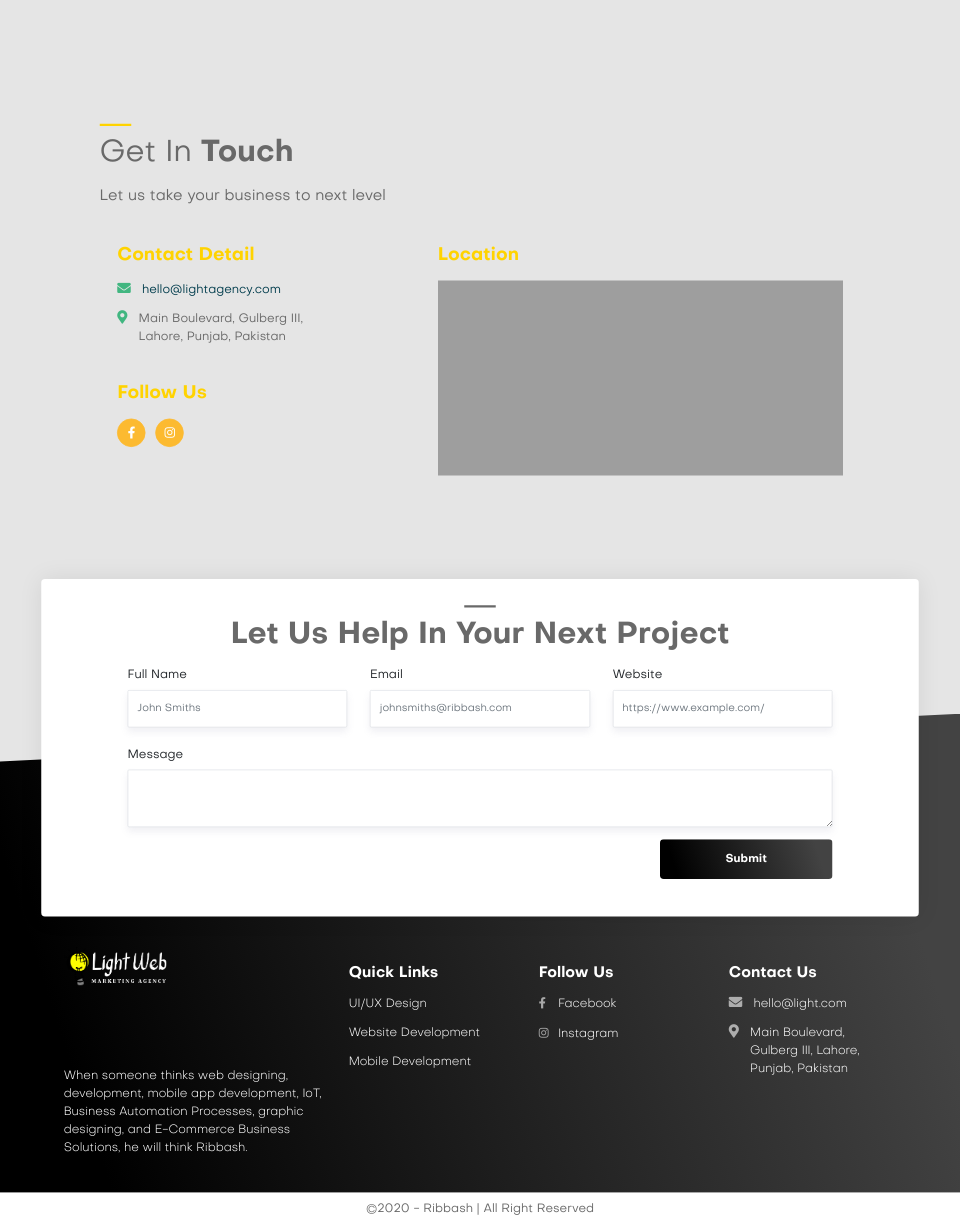
Repository: ahsankalim09/light-Agency
Page: contact-us.html
An editor plug-in stored every save of this project. The page is shown before and after the next save, followed by the edit.
The browser window is 1280 px wide. The pictures show the whole page, at 75% of full size.
Pictures or frames that could not be fetched are drawn as grey boxes.

Above is the page before, as saved 2020-11-07 18:35:42.

### contact-us.html
<!DOCTYPE html>
<html lang="en">

<!-- Mirrored from www.ribbash.com/contact-us.html by HTTrack Website Copier/3.x [XR&CO'2014], Sun, 11 Oct 2020 15:06:15 GMT -->
<head>
	<meta charset="UTF-8">
	<meta name="viewport" content="width=device-width, initial-scale=1.0">
	<title>Contact Us - Ribbash Digital</title>

	<!-- CSS -->
    <link rel="stylesheet" href="css/bootstrap.min.css" media="all" />
    <link rel="stylesheet" href="css/all.min.css" media="all" />
    <link rel="stylesheet" href="css/owl.carousel.min.css" media="all" />
	<link rel="stylesheet" href="css/owl.theme.default.min.css" media="all" />
	<link rel="stylesheet" href="css/animate.min.css" media="all" />

	<link rel="stylesheet" href="css/el_style.css">

    <link rel="stylesheet" href="css/style.css" media="all" />
    <link rel="stylesheet" href="css/colors.css" media="all" />
	<link rel="stylesheet" href="css/responsive.css" media="all" />

	<link rel="icon" href="img/favicon.svg" type="image/svg+xml" sizes="any" />

	<script src="../www.google.com/recaptcha/api.js" async defer></script>

	<!-- Global site tag (gtag.js) - Google Analytics -->
    <script async src="https://www.googletagmanager.com/gtag/js?id=UA-175567433-1"></script>
    <script>
      window.dataLayer = window.dataLayer || [];
      function gtag(){dataLayer.push(arguments);}
      gtag('js', new Date());

      gtag('config', 'UA-175567433-1');
    </script>

</head>

<body>
	<div class="rd-wrap">

		<!--Header Section Start-->
		<header class="rd-header fixed-top rd-header-white">
			<div class="container">
				<nav class="navbar navbar-expand-lg navbar-light px-0 rd-navbar">
					<a class="navbar-brand rd-logo py-0" href="index-2.html">
						<img src="img/logo-black.svg" alt="logo" />
					</a>
					<button class="navbar-toggler" type="button" data-toggle="collapse" data-target="#defaultNavbar1" aria-controls="defaultNavbar1" aria-expanded="false" aria-label="Toggle navigation">
						<span class="navbar-toggler-icon"></span>
					</button>

					<div class="collapse navbar-collapse" id="defaultNavbar1">
						<ul class="navbar-nav ml-auto rd-navmenu">
							<li class="nav-item active">
								<a class="nav-link pl-3 pr-3" href="index-2.html">Home <span class="sr-only">(current)</span></a>
							</li>
							<li class="nav-item dropdown">
								<a class="nav-link dropdown-toggle pl-3 pr-3" href="#" id="ourWorkDropdown" role="button" data-toggle="dropdown" aria-haspopup="true" aria-expanded="false">Our Work</a>
								<div class="dropdown-menu rd-dropdown-work" aria-labelledby="ourWorkDropdown">
									<div class="container">
										<div class="row row-cols-1 row-cols-lg-6 align-items-center justify-content-sm-center">
											<div class="col">
												<a class="dropdown-item" href="nomad.html" data-toggle="tooltip" data-placement="bottom" title="Nomad">
													<img src="img/Nomad.svg" alt="Nomad" />
													<span>Nomad</span>
												</a>
											</div>
											<div class="col">
												<a class="dropdown-item" href="onshore.html" data-toggle="tooltip" data-placement="bottom" title="Onshore Momentum">
													<img src="img/Onshore-Momentum.svg" alt="Onshore" />
													<span>Onshore Momentum</span>
												</a>
											</div>
											<div class="col">
												<a class="dropdown-item" href="one-gift.html" data-toggle="tooltip" data-placement="bottom" title="OneGift">
													<img src="img/OneGift.svg" alt="OneGift" />
													<span>OneGift</span>
												</a>
											</div>
											<div class="col">
												<a class="dropdown-item" href="no-bs-dashboard.html" data-toggle="tooltip" data-placement="bottom" title="NO-BS Dashboard">
													<img src="img/NO-BS.svg" alt="NO-BS Dashboard" />
													<span>NO-BS Dashboard</span>
												</a>
											</div>
											<div class="col">
												<a class="dropdown-item" href="yor-hero.html" data-toggle="tooltip" data-placement="bottom" title="YOR Hero">
													<img src="img/YorHero.svg" alt="YOR Hero" />
													<span>YOR Hero</span>
												</a>
											</div>
										</div>
									</div>
								</div>
							</li>
							<li class="nav-item dropdown">
								<a class="nav-link dropdown-toggle pl-3 pr-3" href="#" id="servicesDropdown" role="button" data-toggle="dropdown" aria-haspopup="true" aria-expanded="false">Services</a>
								<div class="dropdown-menu rd-dropdown-services" aria-labelledby="servicesDropdown">
									<div class="container">
										<div class="row row-cols-1 row-cols-lg-3">
											<div class="col">
												<a class="dropdown-item" href="ui-ux.html">
													<img src="img/ui-ux-icon.svg" alt="ui-ux-icon" />
													<span>UI/UX Design</span>
												</a>
											</div>
											<div class="col">
												<a class="dropdown-item" href="web-development.html">
													<img src="img/web-development-icon.svg" alt="web-developer-icon" />
													<span>Web Development</span>
												</a>
											</div>
											<div class="col">
												<a class="dropdown-item" href="mobile-development.html">
													<img src="img/mobile-development-icon.svg" alt="mobile-developer-icon" />
													<span>Mobile Development</span>
												</a>
											</div>
										</div>
									</div>
								</div>
							</li>
							<!-- <li class="nav-item"><a class="nav-link pl-3 pr-3" href="#">Jobs</a></li> -->
							<li class="nav-item"><a class="nav-link pl-3 pr-3" href="about-us.html">About Us</a></li>
							<li class="nav-item px-3 px-lg-0"><a class="btn btn-light rd-button rd-button-green rd-button-effect1" href="contact-us.html">Contact Us</a></li>
						</ul>
					</div>
				</nav>
			</div>
		</header>
		<!--Header Section End-->

		<!--Get In Touch Section Start-->
		<section class="rd-pt-180 rd-pb-65">
			<div class="container">
				<div class="row justify-content-md-center">
					<div class="col-12 col-lg-11">
						<div class="rd-infobox rd-text-dark mb-5 wow fadeInUp">
							<h2 class="rd-title rd-title-strip rd-title-strip-green mb-3">
								<span class="font-weight-normal">Get in</span>
								<span class="font-weight-bold">touch</span>
							</h2>
							<p class="rd-text">Let us take your business to next level</p>
						</div>
					</div>
				</div>
				<div class="row justify-content-md-around">
					<div class="col-12 col-md-5 col-lg-4 col-xl-3 wow fadeInLeft">
						<div class="rd-contact-detail-wrap mb-5 mb-md-0">
							<div class="rd-contact-detail mb-5">
								<h2 class="rd-mini-title rd-text-green mb-3">
									<span class="font-weight-bold">Contact Detail</span>
								</h2>
								<ul class="rd-contact-info list-inline rd-text-dark mb-0">
									<li>
										<i class="fas fa-envelope"></i>
										<a href="mailto:hello@ribbash.com">hello@lightagency.com</a>
									</li>
									<!-- <li>
										<i class="fas fa-phone-alt"></i>
										<a href="#">+92 3xx xxxxxxx</a>
									</li> -->
									<li>
										<i class="fas fa-map-marker-alt"></i>
										<span>Main Boulevard, Gulberg III, Lahore, Punjab, Pakistan</span>
									</li>
								</ul>
							</div>
							<div class="rd-social-links">
								<h2 class="rd-mini-title rd-text-green mb-3">
									<span class="font-weight-bold">Follow us</span>
								</h2>
								<ul class="rd-social-links list-inline mb-0">
									<li class="list-inline-item">
										<a href="http://facebook.com/ribbashdigital" target="_blank"><i class="fab fa-facebook-f"></i></a>
									</li>
									<li class="list-inline-item">
										<a href="http://instagram.com/ribbashdigital" target="_blank"><i class="fab fa-instagram"></i></a>
									</li>
								</ul>
							</div>
						</div>
					</div>
					<div class="col-12 col-md-6 wow fadeInRight">
						<div class="rd-location">
							<h2 class="rd-mini-title rd-text-green mb-3">
								<span class="font-weight-bold">Location</span>
							</h2>
							<div class="rd-map">
								<iframe src="https://www.google.com/maps/embed?pb=!1m18!1m12!1m3!1d27213.593394060907!2d74.32574853281356!3d31.504951607962795!2m3!1f0!2f0!3f0!3m2!1i1024!2i768!4f13.1!3m3!1m2!1s0x3919045a28ff1d39%3A0xf71e739b84b3c3c!2sGulberg%20III%2C%20Lahore%2C%20Punjab%2C%20Pakistan!5e0!3m2!1sen!2s!4v1593698321407!5m2!1sen!2s" width="100%" height="260" frameborder="0" style="border:0;" allowfullscreen="" aria-hidden="false" tabindex="0"></iframe>
							</div>
						</div>
					</div>
				</div>
			</div>
		</section>
		<!--Get In Touch Section End-->

		<!--Contact Form Section Start-->
        <section class="rd-contact-form-section rd-pt-65">
            <div class="container-fluid">
                <div class="rd-contact-form-box rd-container-1170 wow pulse">
                    <div class="rd-infobox text-center">
                        <h2 class="rd-title rd-title-strip rd-title-strip-dark rd-title-strip-center rd-text-dark mb-3">
                            <span class="font-weight-bold">Let Us Help In Your Next Project</span>
                        </h2>
                    </div>
                    <form class="rd-contact-form" action="https://www.ribbash.com/includes/contact-form-handler.php" method="post">
                        <div class="row">
                            <div class="form-group col-md-4 mb-4">
                                <label for="full-name">Full Name</label>
                                <input type="text" name="full-name" id="full-name" class="form-control" placeholder="John Smiths">
                            </div>
                            <div class="form-group col-md-4 mb-4">
                                <label for="email">Email</label>
                                <input type="email" name="email" id="email" class="form-control" placeholder="johnsmiths@ribbash.com" required>
                            </div>
                            <div class="form-group col-md-4 mb-4">
                                <label for="website">Website</label>
                                <input type="text" name="website" id="website" class="form-control" placeholder="https://www.example.com/">
                            </div>
                        </div>
                        <div class="form-group">
                            <label for="message">Message</label>
                            <textarea class="form-control" name="message" id="message" rows="3" required></textarea>
                        </div>
                        <div class="d-sm-flex justify-content-sm-end align-items-sm-end text-center">
                            <div class="g-recaptcha" data-sitekey="6LfEOMMZAAAAAFNCLAlcVjky3u9YUYHCsePmSyY_"></div>
                            <button class="btn btn-light rd-button rd-gradient-bg-orient-blue rd-button-effect1 mt-4 mt-sm-0 ml-sm-3" type="submit">Submit</button>
                        </div>
                    </form>
                </div>
            </div>
        </section>
        <!--Contact Form Section End-->

		<!--Footer Section Start-->
		<footer class="rd-footer">
			<div class="rd-footer-top rd-gradient-bg-orient-blue pb-5 rd-clip-bg-top-left font-weight-light">
				<div class="container">
					<div class="row d-none">
						<div class="col">
							<div class="rd-infobox text-center">
								<h2 class="rd-title rd-title-strip rd-title-strip-center text-white mb-3">
									<span class="font-weight-bold">Company News</span>
								</h2>
							</div>
							<!--Owl-Carousel Start-->
							<div class="owl-carousel owl-theme rd-blog-carousel">
								<div class="card rd-blog-item border-0">
									<figure class="rd-blog-img mb-0">
										<img src="img/mask-group--14.jpg" srcset="img/mask-group--14@2x.jpg 2x, img/mask-group--14@3x.jpg 3x" alt="">
									</figure>
									<div class="card-body d-flex flex-column rd-blog-content">
										<h4 class="rd-blog-title">
											<a href="#">Lorem Ipsum is simply dummy text of the printing</a>
										</h4>
										<div class="rd-blog-metadata mt-auto">
											<span class="rd-blog-published"><i class="far fa-calendar-alt"></i>2 Days Ago</span>
											<span class="rd-blog-time"><i class="far fa-clock"></i>2 mint</span>
										</div>
									</div>
								</div>
								<div class="card rd-blog-item border-0">
									<figure class="rd-blog-img mb-0">
										<img src="img/mask-group--11.jpg" srcset="img/mask-group--11@2x.jpg 2x, img/mask-group--11@3x.jpg 3x" alt="">
									</figure>
									<div class="card-body d-flex flex-column rd-blog-content">
										<h4 class="rd-blog-title">
											<a href="#">Porem Ipsum is simply dummy of the printing and typesetting.</a>
										</h4>
										<div class="rd-blog-metadata mt-auto">
											<span class="rd-blog-published"><i class="far fa-calendar-alt"></i>2 Days Ago</span>
											<span class="rd-blog-time"><i class="far fa-clock"></i>2 mint</span>
										</div>
									</div>
								</div>
								<div class="card rd-blog-item border-0">
									<figure class="rd-blog-img mb-0">
										<img src="img/people-inside-room-3184657.jpg" srcset="img/people-inside-room-3184657@2x.jpg 2x, img/people-inside-room-3184657@3x.jpg 3x" alt="">
									</figure>
									<div class="card-body d-flex flex-column rd-blog-content">
										<h4 class="rd-blog-title">
											<a href="#">Horem Ipsum has been the industrys standard dummy text ever since.</a>
										</h4>
										<div class="rd-blog-metadata mt-auto">
											<span class="rd-blog-published"><i class="far fa-calendar-alt"></i>2 Days Ago</span>
											<span class="rd-blog-time"><i class="far fa-clock"></i>2 mint</span>
										</div>
									</div>
								</div>
								<div class="card rd-blog-item border-0">
									<figure class="rd-blog-img mb-0">
										<img src="img/mask-group--11.jpg" srcset="img/mask-group--11@2x.jpg 2x, img/mask-group--11@3x.jpg 3x" alt="">
									</figure>
									<div class="card-body d-flex flex-column rd-blog-content">
										<h4 class="rd-blog-title">
											<a href="#">Porem Ipsum is simply dummy of the printing and typesetting.</a>
										</h4>
										<div class="rd-blog-metadata mt-auto">
											<span class="rd-blog-published"><i class="far fa-calendar-alt"></i>2 Days Ago</span>
											<span class="rd-blog-time"><i class="far fa-clock"></i>2 mint</span>
										</div>
									</div>
								</div>
							</div>
							<!--Owl-Carousel End-->
						</div>
					</div>
					<span class="rd-divider w-100 mt-5 mb-5 d-none"></span>
					<div class="row text-white">
						<div class="col-12 col-md-4">
							<div class="rd-footer-intro">
								<a class="rd-footer-logo d-inline-block mb-4" href="index-2.html">
									<img src="assests/icon/logo-white (1).svg" alt="logo" />
								</a>
								<p class="mb-0">When someone thinks web designing, development, mobile app development, IoT, Business Automation Processes, graphic designing, and E-Commerce Business Solutions, he will think Ribbash.</p>
							</div>
						</div>
						<div class="col-12 col-md-8">
							<div class="row">
								<div class="col-12 col-md-4">
										<h4 class="rd-sub-title mt-4 mb-3">Quick Links</h4>
										<ul class="rd-footer-list rd-quick-links list-inline mb-0">
											<li><a href="ui-ux.html">UI/UX Design</a></li>
											<li><a href="web-development.html">Website Development</a></li>
											<li><a href="mobile-development.html">Mobile Development</a></li>
										</ul>
								</div>
								<div class="col-12 col-md-4">
									<div class="rd-footer-links-wrap">
										<h4 class="rd-sub-title mt-4 mb-3">Follow Us</h4>
										<ul class="rd-footer-list rd-social-links-vr list-inline mb-0">
											<li>
												<i class="fab fa-facebook-f"></i>
												<a  target="_blank">Facebook</a>
											</li>
											<li>
												<i class="fab fa-instagram"></i>
												<a  target="_blank">Instagram</a>
											</li>
										</ul>
									</div>
								</div>
								<div class="col-12 col-md-4">
									<div class="rd-footer-links-wrap">
										<h4 class="rd-sub-title mt-4 mb-3">Contact Us</h4>
										<ul class="rd-footer-list rd-contact-info list-inline mb-0">
											<li>
												<i class="fas fa-envelope"></i>
												<a href="mailto:hello@ribbash.com">hello@light.com</a>
											</li>
											<li class="d-flex align-items-baseline">
												<i class="fas fa-map-marker-alt"></i>
												<span>Main Boulevard, Gulberg III, Lahore, Punjab, Pakistan</span>
											</li>
										</ul>
									</div>
								</div>
							</div>
						</div>
					</div>
				</div>
			</div>
			<div class="rd-copyright-footer rd-text-dark">
				<div class="container">
					<div class="row">
						<div class="col-12 text-center">
							<p class="rd-sub-text mb-0 font-weight-normal">©2020 - Ribbash | All Right Reserved</p>
						</div>
					</div>
				</div>
			</div>
		</footer>
		<!--Footer End-->

	</div>


    <!-- jQuery library -->
	<script src="js/jquery-3.4.1.min.js"></script>
	<script src="js/bootstrap.bundle.min.js"></script>
	<script src="js/owl.carousel.min.js"></script>
	<script src="js/wow.min.js"></script>

	<script src="js/bodymovin.js"></script>
	<script src="js/home_index.js"></script>
	<script src="js/jquery.parallax-scroll.js"></script>

	<script src="js/custom-script.js"></script>

</body>

<!-- Mirrored from www.ribbash.com/contact-us.html by HTTrack Website Copier/3.x [XR&CO'2014], Sun, 11 Oct 2020 15:06:15 GMT -->
</html>

Loaded but not shown: css/bootstrap.min.css (library); css/all.min.css (library); css/owl.carousel.min.css (library); css/owl.theme.default.min.css (common file); css/animate.min.css (library); js/jquery-3.4.1.min.js (library); js/bootstrap.bundle.min.js (library); js/owl.carousel.min.js (library); js/wow.min.js (library); js/bodymovin.js (library); js/jquery.parallax-scroll.js (library); js/home_index.js (217 lines, source omitted); js/custom-script.js (229 lines, source omitted); css/el_style.css (1482 lines, source omitted); css/style.css (1903 lines, source omitted); css/responsive.css (539 lines, source omitted); css/colors.css (150 lines, source omitted)

After the next save:
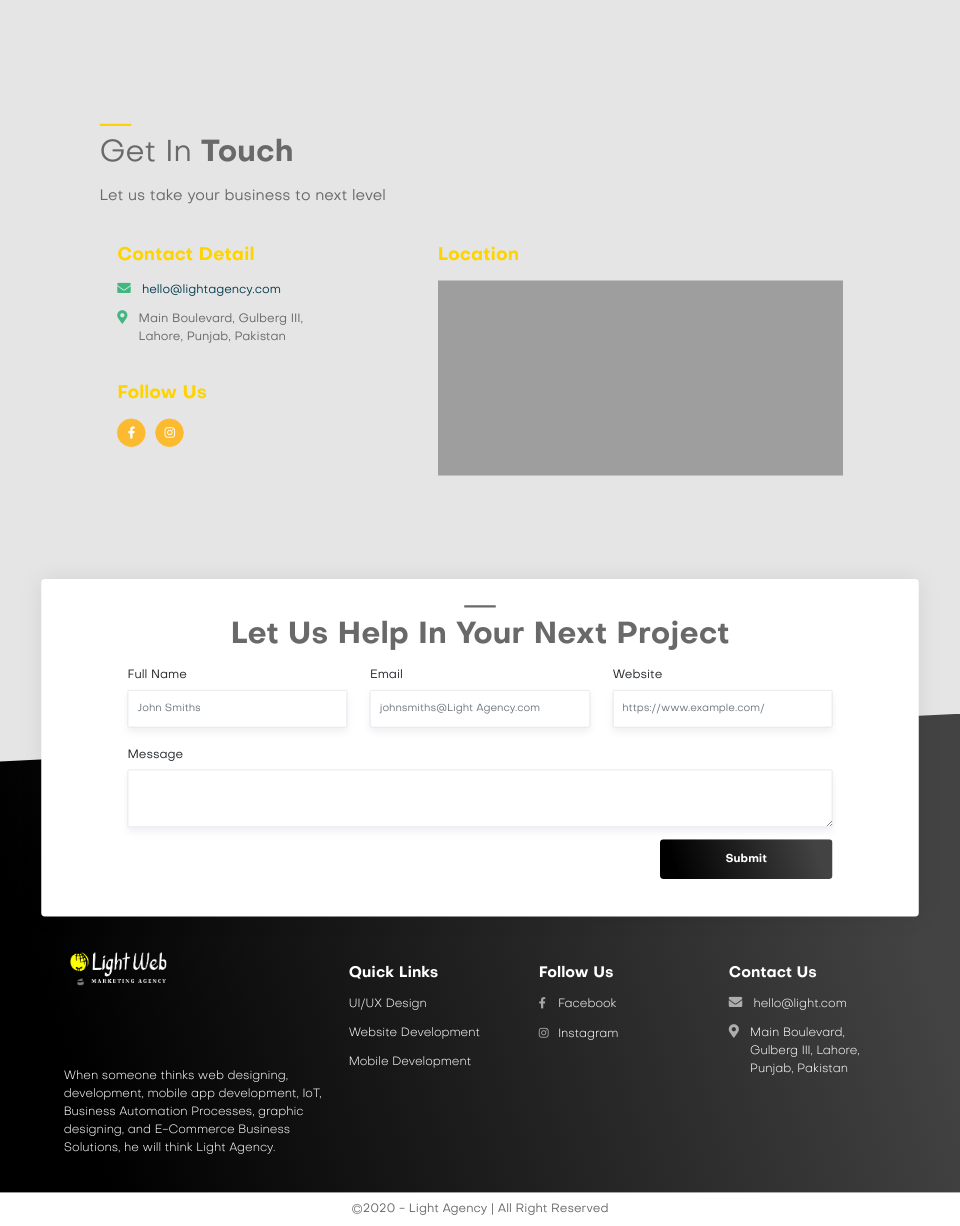
Saved 56 s later.
--- a/contact-us.html
+++ b/contact-us.html
@@ -1,11 +1,11 @@
 <!DOCTYPE html>
 <html lang="en">
 
-<!-- Mirrored from www.ribbash.com/contact-us.html by HTTrack Website Copier/3.x [XR&CO'2014], Sun, 11 Oct 2020 15:06:15 GMT -->
+<!-- Mirrored from www.Light Agency.com/contact-us.html by HTTrack Website Copier/3.x [XR&CO'2014], Sun, 11 Oct 2020 15:06:15 GMT -->
 <head>
 	<meta charset="UTF-8">
 	<meta name="viewport" content="width=device-width, initial-scale=1.0">
-	<title>Contact Us - Ribbash Digital</title>
+	<title>Contact Us - Light Agency Digital</title>
 
 	<!-- CSS -->
     <link rel="stylesheet" href="css/bootstrap.min.css" media="all" />
@@ -155,7 +155,7 @@
 								<ul class="rd-contact-info list-inline rd-text-dark mb-0">
 									<li>
 										<i class="fas fa-envelope"></i>
-										<a href="mailto:hello@ribbash.com">hello@lightagency.com</a>
+										<a href="mailto:hello@Light Agency.com">hello@lightagency.com</a>
 									</li>
 									<!-- <li>
 										<i class="fas fa-phone-alt"></i>
@@ -173,10 +173,10 @@
 								</h2>
 								<ul class="rd-social-links list-inline mb-0">
 									<li class="list-inline-item">
-										<a href="http://facebook.com/ribbashdigital" target="_blank"><i class="fab fa-facebook-f"></i></a>
+										<a href="http://facebook.com/Light Agencydigital" target="_blank"><i class="fab fa-facebook-f"></i></a>
 									</li>
 									<li class="list-inline-item">
-										<a href="http://instagram.com/ribbashdigital" target="_blank"><i class="fab fa-instagram"></i></a>
+										<a href="http://instagram.com/Light Agencydigital" target="_blank"><i class="fab fa-instagram"></i></a>
 									</li>
 								</ul>
 							</div>
@@ -206,7 +206,7 @@
                             <span class="font-weight-bold">Let Us Help In Your Next Project</span>
                         </h2>
                     </div>
-                    <form class="rd-contact-form" action="https://www.ribbash.com/includes/contact-form-handler.php" method="post">
+                    <form class="rd-contact-form" action="https://www.Light Agency.com/includes/contact-form-handler.php" method="post">
                         <div class="row">
                             <div class="form-group col-md-4 mb-4">
                                 <label for="full-name">Full Name</label>
@@ -214,7 +214,7 @@
                             </div>
                             <div class="form-group col-md-4 mb-4">
                                 <label for="email">Email</label>
-                                <input type="email" name="email" id="email" class="form-control" placeholder="johnsmiths@ribbash.com" required>
+                                <input type="email" name="email" id="email" class="form-control" placeholder="johnsmiths@Light Agency.com" required>
                             </div>
                             <div class="form-group col-md-4 mb-4">
                                 <label for="website">Website</label>
@@ -315,7 +315,7 @@
 								<a class="rd-footer-logo d-inline-block mb-4" href="index-2.html">
 									<img src="assests/icon/logo-white (1).svg" alt="logo" />
 								</a>
-								<p class="mb-0">When someone thinks web designing, development, mobile app development, IoT, Business Automation Processes, graphic designing, and E-Commerce Business Solutions, he will think Ribbash.</p>
+								<p class="mb-0">When someone thinks web designing, development, mobile app development, IoT, Business Automation Processes, graphic designing, and E-Commerce Business Solutions, he will think Light Agency.</p>
 							</div>
 						</div>
 						<div class="col-12 col-md-8">
@@ -349,7 +349,7 @@
 										<ul class="rd-footer-list rd-contact-info list-inline mb-0">
 											<li>
 												<i class="fas fa-envelope"></i>
-												<a href="mailto:hello@ribbash.com">hello@light.com</a>
+												<a href="mailto:hello@Light Agency.com">hello@light.com</a>
 											</li>
 											<li class="d-flex align-items-baseline">
 												<i class="fas fa-map-marker-alt"></i>
@@ -367,7 +367,7 @@
 				<div class="container">
 					<div class="row">
 						<div class="col-12 text-center">
-							<p class="rd-sub-text mb-0 font-weight-normal">©2020 - Ribbash | All Right Reserved</p>
+							<p class="rd-sub-text mb-0 font-weight-normal">©2020 - Light Agency | All Right Reserved</p>
 						</div>
 					</div>
 				</div>
@@ -392,5 +392,5 @@
 
 </body>
 
-<!-- Mirrored from www.ribbash.com/contact-us.html by HTTrack Website Copier/3.x [XR&CO'2014], Sun, 11 Oct 2020 15:06:15 GMT -->
+<!-- Mirrored from www.Light Agency.com/contact-us.html by HTTrack Website Copier/3.x [XR&CO'2014], Sun, 11 Oct 2020 15:06:15 GMT -->
 </html>
